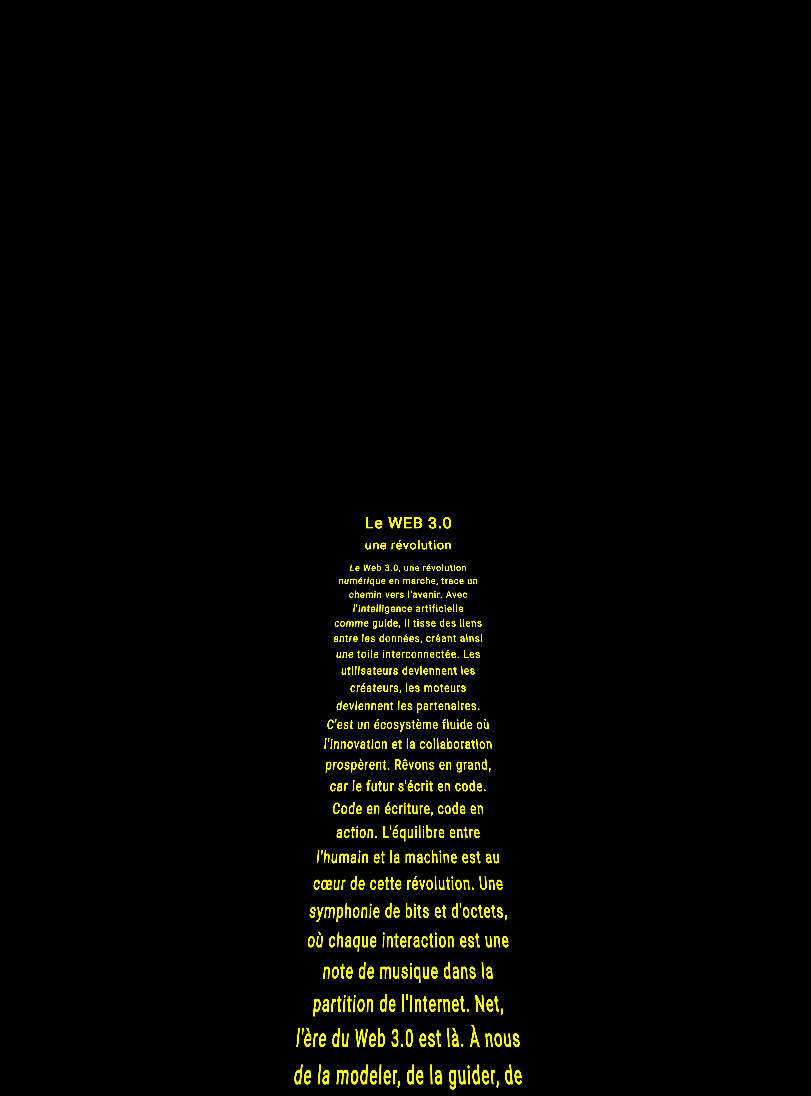
Repository: Alexander-Fejari/exercices-star-wars
Page: index.html
An editor plug-in stored every save of this project. The page is shown before and after a run of saves, followed by the edit.
The browser window is 1280 px wide. The page is 1288 px wide, so the pictures cover 1288 px, including what lies to the right of the window. The pictures show the whole page, at 63% of full size.
Some web fonts or font styles are not loaded; a fallback is used.

Above is the page before, as saved 2023-09-28 18:04:49.

### index.html
<!DOCTYPE html>
<html lang="en">
  <head>
    <meta charset="UTF-8" />
    <meta name="viewport" content="width=device-width, initial-scale=1.0" />
    <link rel="preconnect" href="https://fonts.googleapis.com">
    <link rel="preconnect" href="https://fonts.gstatic.com" crossorigin>
    <link href="https://fonts.googleapis.com/css2?family=Roboto&display=swap" rel="stylesheet">
    <link rel="stylesheet" href="style/style.css" />
    <title>Star-wars generique</title>
  </head>
  <body>
    <div class="fade"></div>
    <div class="deform">
      <div class="generique">
        <div class="titre">
          <h1>Le WEB 3.0</h1>
          <h2>une révolution</h2>
        </div>
        <p>
          Le Web 3.0, une révolution numérique en marche, trace un chemin vers l'avenir. Avec l'intelligence artificielle comme
          guide, il tisse des liens entre les données, créant ainsi une toile interconnectée. Les utilisateurs deviennent les
          créateurs, les moteurs deviennent les partenaires. C'est un écosystème fluide où l'innovation et la collaboration
          prospèrent.

          Rêvons en grand, car le futur s'écrit en code. Code en écriture, code en action. L'équilibre entre l'humain et la
          machine est au cœur de cette révolution. Une symphonie de bits et d'octets, où chaque interaction est une note de
          musique dans la partition de l'Internet.

          Net, l'ère du Web 3.0 est là. À nous de la modeler, de la guider, de la célébrer. Ensemble, nous créons l'avenir, un
          futur à la fois réfléchi et révolutionnaire. L'ère du Web 3.0, une boucle infinie d'opportunités
        </p>
      </div>
    </div>
  </body>
</html>

### style/style.css
@import url("https://fonts.googleapis.com/css2?family=Dela+Gothic+One&display=swap");
body {
  width: 100%;
  height: 100%;
  overflow: hidden;
  background-color: black;
  font-family: 'Roboto', sans-serif;
}
.deform {
  display: flex;
  justify-content: center;
  height: 800px;
  perspective: 400px;
  color: yellow;
  font-size: 500%;
  font-weight: 600;
  letter-spacing: 6px;
  line-height: 150%;
  text-align: center;
}
.generique {
  position: relative;
  transform-origin: 50% 100%;
  animation: generique 25s linear;
}
.fade {
  position: relative;
  width: 100%;
  min-height: 60vh;
  top: -20px;
  background: linear-gradient(
    180deg,
    rgba(0, 0, 0, 1) 40%,
    rgba(0, 0, 0, 0) 100%
  );
  z-index: 1;
}

h1 {
}
@keyframes generique {

  0% {
    top: -100vh;
    transform: rotateX(21deg) translateZ(-2500px);
  }
    100% {
    top: 0px;
    transform: rotateX(20deg) translateZ(0);
  }
}

After the next 3 saves:
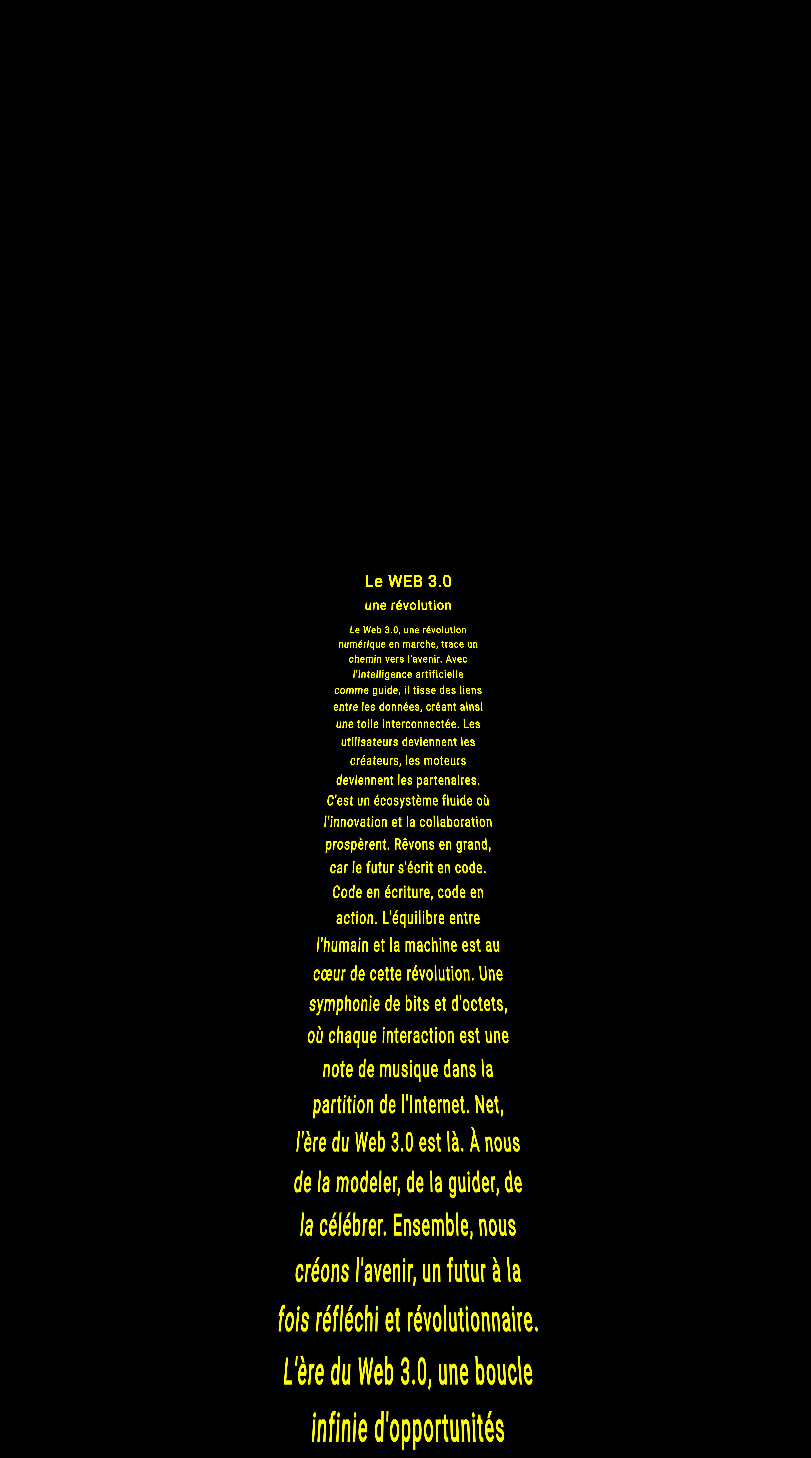
The 3 saves are shown as one change because they came seconds apart.
The last was saved 6 s later.
--- a/style/style.css
+++ b/style/style.css
@@ -41,7 +41,7 @@
 @keyframes generique {
 
   0% {
-    top: -100vh;
+    top: calc();
     transform: rotateX(21deg) translateZ(-2500px);
   }
     100% {
